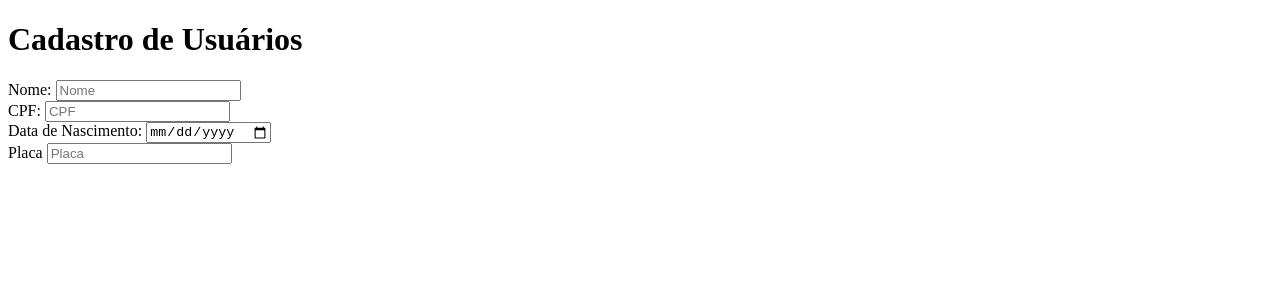
Repository: Najarin321/SiteJSP
Page: Java/FirstSite/WebContent/index.html
An editor plug-in stored every save of this project. The page is shown before and after the next save, followed by the edit.
The browser window is 1280 px wide. The pictures show the whole page.

Above is the page before, as saved 2020-01-11 00:11:13.

### Java/FirstSite/WebContent/index.html
<!DOCTYPE html>
<html>

<head>
	<meta charset="UTF-8">
	<title>Asilo 10 - Home</title>
</head>

<body>
	<h1>Cadastro de Usuários</h1>
	<form method="post">
		<div>
			<label>Nome:</label>
			<input type="text" placeholder="Nome" name="nome"></input>
		</div>
		<div>
			<label>CPF:</label>
			<input type="text" placeholder="CPF" name="cpf" ></input>
		</div>
		<div>
			<label>Data de Nascimento:</label>
			<input type="date" placeholder="dd/mm/aaaa" name="data_nasc"></input>
		</div>
		<div>
			<label>Placa</label>
			<input type="text" placeholder="Placa" name="placa"></input>
		</div>
	</form>
</body>

</html>

After the next save:
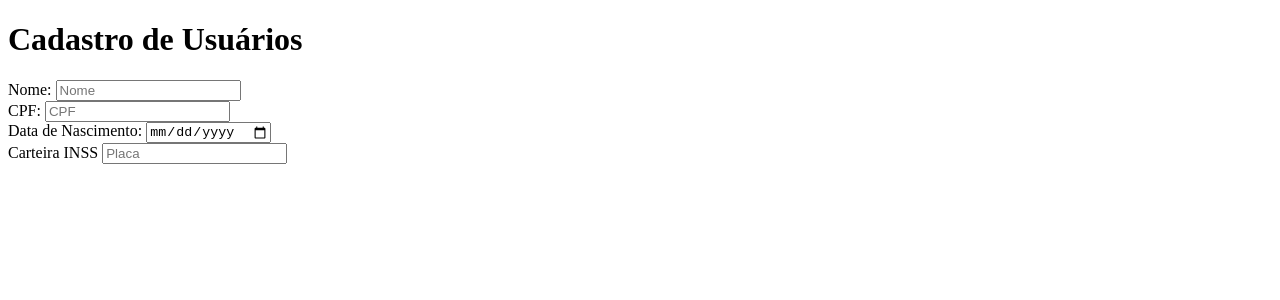
Saved 1 s later.
--- a/Java/FirstSite/WebContent/index.html
+++ b/Java/FirstSite/WebContent/index.html
@@ -22,8 +22,8 @@
 			<input type="date" placeholder="dd/mm/aaaa" name="data_nasc"></input>
 		</div>
 		<div>
-			<label>Placa</label>
-			<input type="text" placeholder="Placa" name="placa"></input>
+			<label>Carteira INSS</label>
+			<input type="text" placeholder="Placa" name="inss"></input>
 		</div>
 	</form>
 </body>
